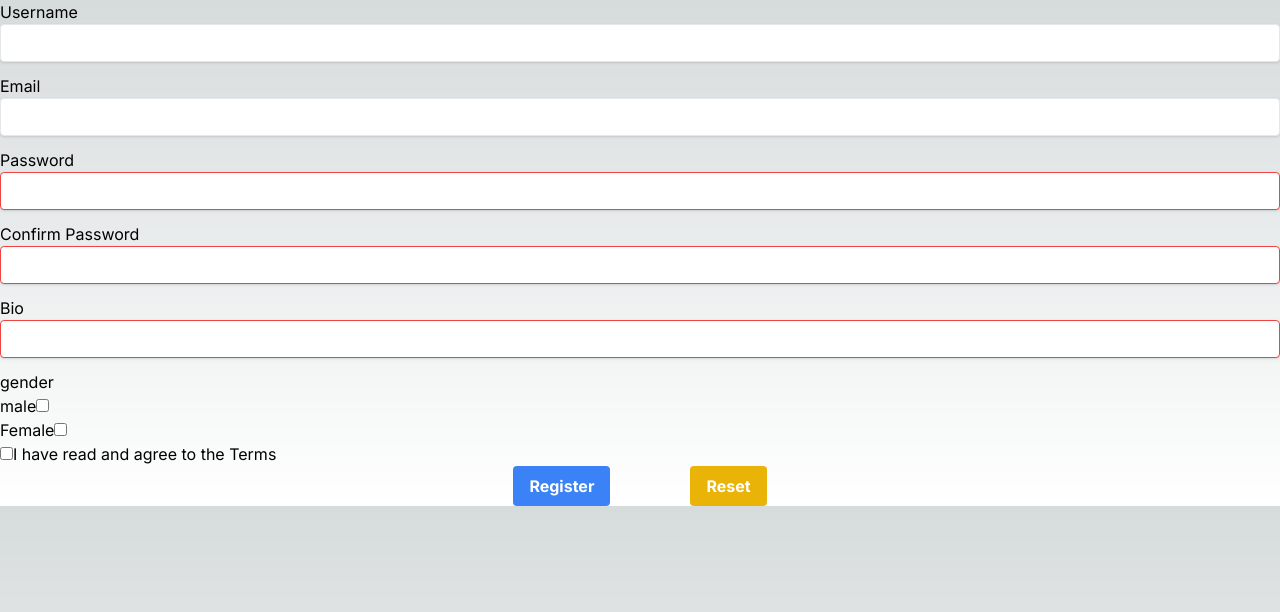
Repository: uh-sman/tiktok-card
Page: /
These files come from the project's save history. The page is drawn as it stood at one moment and after the next save; the edit follows.
The browser window is 1280 px wide. The pictures show the whole page.
The project was rebuilt for these pictures with package versions that can differ from the ones it lists, and the page was loaded fresh each time. The framework's server and built-in components were replaced by stand-ins that run in the browser. Also part of the build but not shown: next.config.js.

Above is the page before, as saved 2023-12-19 14:07:40.

After the next save:
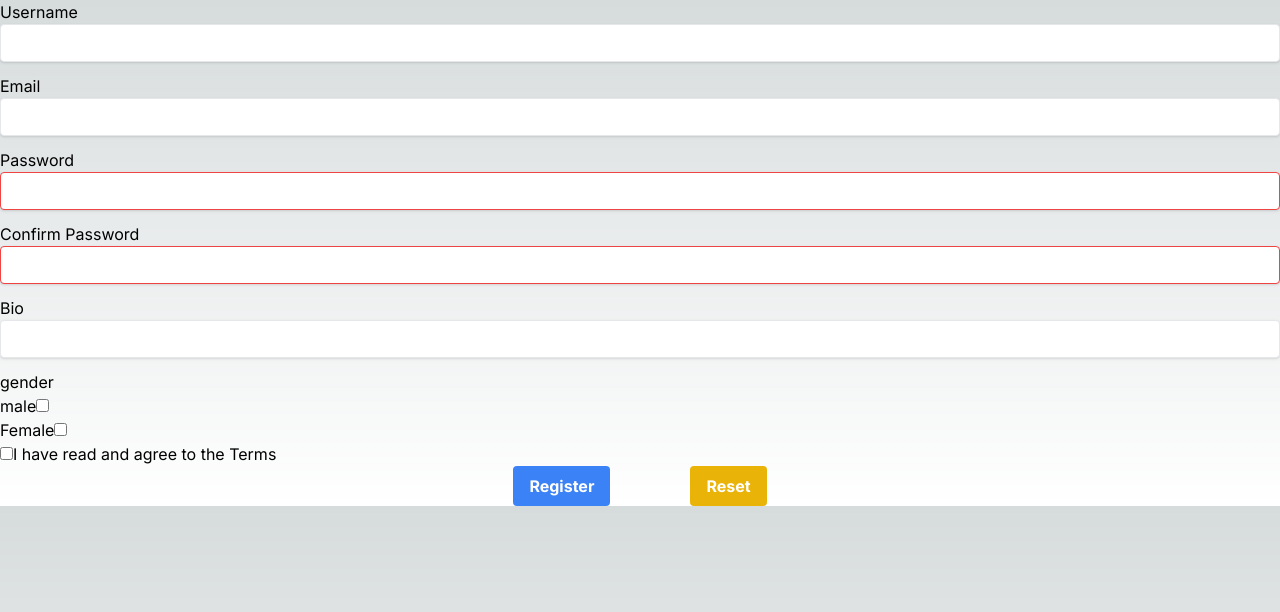
Saved 105 s later.
--- a/app/components/AuthForm.tsx
+++ b/app/components/AuthForm.tsx
@@ -64,7 +64,7 @@ const AuthForm: React.FC = () => {
           <div className="flex flex-col">
             <label>Bio</label>
             <input
-            className="shadow appearance-none border border-red-500 rounded w-full py-2 px-3 text-gray-700 mb-3 leading-tight focus:outline-none focus:shadow-outline"
+            className="shadow appearance-none border rounded w-full py-2 px-3 text-gray-700 mb-3 leading-tight focus:outline-none focus:shadow-outline"
               type="text"
               {...register('Bio')}
             />
